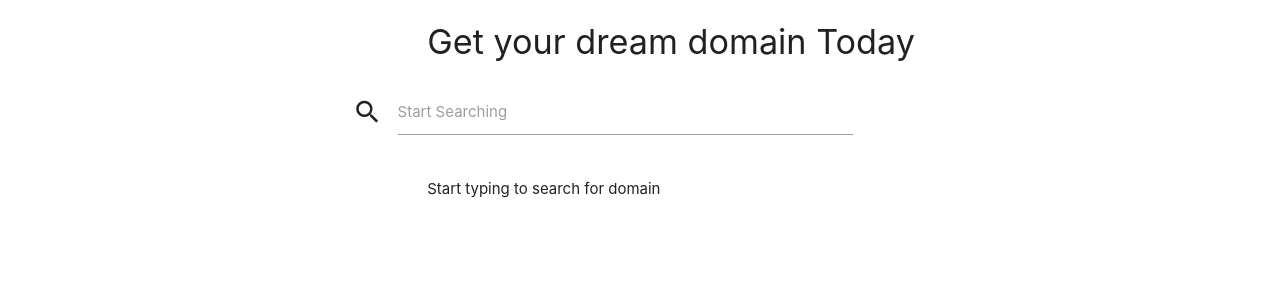
Repository: habib-urrehmaan/domain-name-searcher
Page: / (app in client/)
These files come from the project's save history. The page is drawn as it stood at one moment and after the next save; the edit follows.
The browser window is 1280 px wide. The pictures show the whole page.
The project was rebuilt for these pictures with package versions that can differ from the ones it lists, and the page was loaded fresh each time.

Above is the page before, as saved 2020-04-17 18:19:03.

### client/public/index.html
<!DOCTYPE html>
<html lang="en">
  <head>
    <meta charset="utf-8" />
    <link rel="icon" href="%PUBLIC_URL%/favicon.ico" />
    <meta name="viewport" content="width=device-width, initial-scale=1" />
    <meta name="theme-color" content="#000000" />
    <meta
      name="description"
      content="Web site created using create-react-app"
    />
    <link rel="apple-touch-icon" href="%PUBLIC_URL%/logo192.png" />
    <!--
      manifest.json provides metadata used when your web app is installed on a
      user's mobile device or desktop. See https://developers.google.com/web/fundamentals/web-app-manifest/
    -->
    <link rel="manifest" href="%PUBLIC_URL%/manifest.json" />
    <!--
      Notice the use of %PUBLIC_URL% in the tags above.
      It will be replaced with the URL of the `public` folder during the build.
      Only files inside the `public` folder can be referenced from the HTML.

      Unlike "/favicon.ico" or "favicon.ico", "%PUBLIC_URL%/favicon.ico" will
      work correctly both with client-side routing and a non-root public URL.
      Learn how to configure a non-root public URL by running `npm run build`.
    -->
    <link rel="stylesheet" href="https://cdnjs.cloudflare.com/ajax/libs/materialize/1.0.0/css/materialize.min.css">
    <link href="https://fonts.googleapis.com/icon?family=Material+Icons" rel="stylesheet">
     <!-- Compiled and minified JavaScript -->
     <script src="https://cdnjs.cloudflare.com/ajax/libs/materialize/1.0.0/js/materialize.min.js"></script>
    <title>React App</title>
  </head>
  <body>
    <noscript>You need to enable JavaScript to run this app.</noscript>
    <div id="root"></div>
    <!--
      This HTML file is a template.
      If you open it directly in the browser, you will see an empty page.

      You can add webfonts, meta tags, or analytics to this file.
      The build step will place the bundled scripts into the <body> tag.

      To begin the development, run `npm start` or `yarn start`.
      To create a production bundle, use `npm run build` or `yarn build`.
    -->
  </body>
</html>

### client/src/index.js
import React from 'react';
import ReactDOM from 'react-dom';
import './index.css';
import App from './App';

ReactDOM.render(
  <React.StrictMode>
    <App />
  </React.StrictMode>,
  document.getElementById('root')
);

// If you want your app to work offline and load faster, you can change
// unregister() to register() below. Note this comes with some pitfalls.
// Learn more about service workers: https://bit.ly/CRA-PWA
// serviceWorker.unregister();

### client/src/App.js
import React from 'react';
import Search from './Search';
import Output from './Output';

class App extends React.Component {

  constructor(props)
  {
    super(props);
    this.state ={
      output:null
    }
  }


  setAppOutput = (outputData) =>
  {
    console.log("setting output value")

    this.setState({
      output:outputData
    })
  }

  render()
  {
    return (
      <>
      <div className="App container">
        <Search setOutput={this.setAppOutput}/>
        <Output data={this.state.output}/>
      </div>
      </>
    );
  }
}

export default App;

### client/src/Search.js
import React, { Component } from 'react'
import axios from 'axios'

class Search extends Component {

    constructor(props)
    {
        super(props);
        console.log(props)
    }

    onChangeHandler = (e) =>
    {
        axios({
            'method': 'GET',
            'url': `http://localhost:5000/domain/search?domain=${e.target.value}`,
            'ContentType':'application/json'
        }).then((response)=>{

            var obj = JSON.parse(response.data.data);
            this.props.setOutput(obj);
        }).catch(error=>{
            console.log(error);
        });
    }

    render() {
        return (
            <div>
                <div className="row">
                    <div className="col offset-s3">
                        <h4>Get your dream domain Today</h4>
                    </div>
                    <div className="input-field col s7 offset-s2">
                        <i className="material-icons prefix">search</i>
                        <input id="search" type="text" className="validate" onChange={this.onChangeHandler}/>
                        <label htmlFor="search">Start Searching</label>
                    </div>
                </div>
            </div>
        )
    }
}

export default Search;

### client/src/Output.js
import React from 'react'

export default function Output(props) {

    let {data} = props;
    console.log("output data",data);
    return (
        <div className="row">
        {(data)?(<div className="col offset-s3">{(data.available)?(<div><span>Congratulations! This domain is available</span><br/>
            <span className="col offset-s2"><b>For:</b>{" "+data.currency+" "+data.price}</span></div>):(data.code)?(<div>{data.message}</div>):(<span>Sorry this domain is not Available</span>)}</div>)
            :(<div className="col offset-s3">Start typing to search for domain</div>)}


        </div>
    )
}

Loaded but not shown: client/src/index.css (common file)

After the next save:
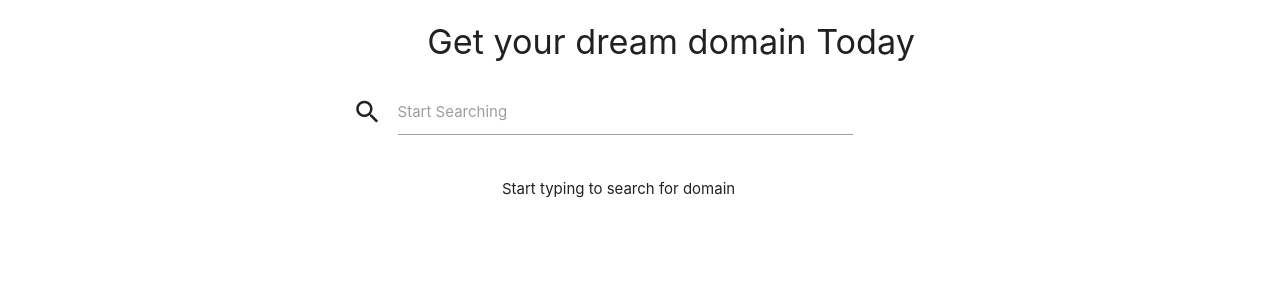
Saved 19 s later.
--- a/client/src/Output.js
+++ b/client/src/Output.js
@@ -6,9 +6,9 @@ export default function Output(props) {
     console.log("output data",data);
     return (
         <div className="row">
-        {(data)?(<div className="col offset-s3">{(data.available)?(<div><span>Congratulations! This domain is available</span><br/>
+        {(data)?(<div className="col offset-s4">{(data.available)?(<div><span>Congratulations! This domain is available</span><br/>
             <span className="col offset-s2"><b>For:</b>{" "+data.currency+" "+data.price}</span></div>):(data.code)?(<div>{data.message}</div>):(<span>Sorry this domain is not Available</span>)}</div>)
-            :(<div className="col offset-s3">Start typing to search for domain</div>)}
+            :(<div className="col offset-s4">Start typing to search for domain</div>)}
 
 
         </div>
